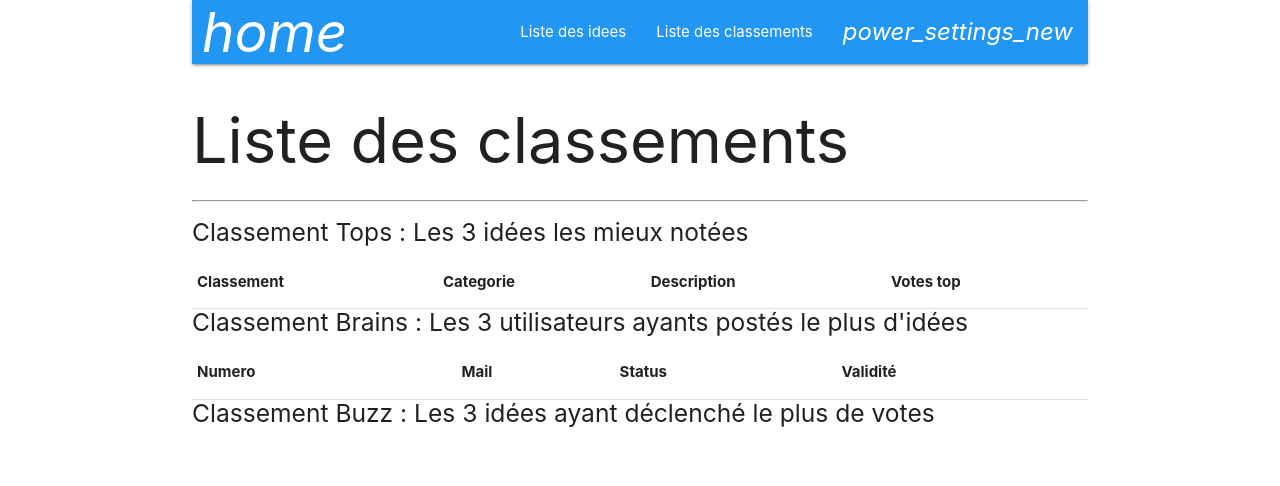
Repository: thdal/Atelier_JEE_16_02
Page: http://localhost/Atelier_JEE_16_02/WEB-INF/pages/classement/ListClassement.jsp
These files come from the project's save history. The page is drawn as it stood at one moment and after a run of saves; the edit follows.
The browser window is 1280 px wide. The pictures show the whole page.
The page is served by Tomcat 9. Nobody is signed in. The template is opened directly, without the code that normally fills it, so the values that code supplies are empty.

Above is the page before, as saved 2021-02-27 02:21:38.

After the next 2 saves:
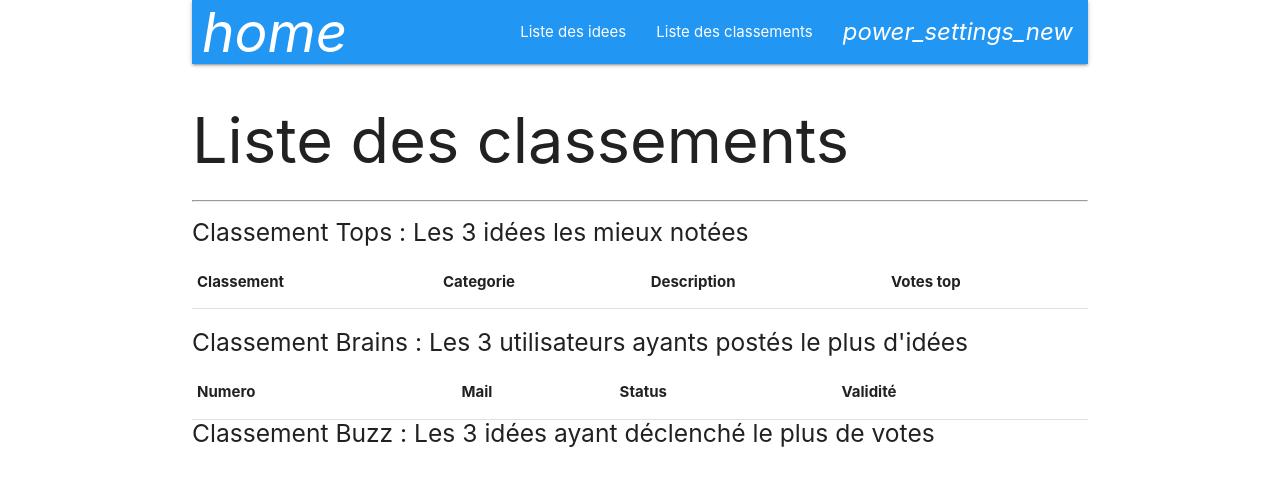
The 2 saves are shown as one change because they came seconds apart.
The last was saved 46 s later.
--- a/Atelier_JEE_16_02/src/main/webapp/WEB-INF/pages/classement/ListClassement.jsp
+++ b/Atelier_JEE_16_02/src/main/webapp/WEB-INF/pages/classement/ListClassement.jsp
@@ -14,7 +14,7 @@
 
 <h5>Classement Tops : Les 3 idées les mieux notées</h5>
 
-<table class="left">
+<table style="margin-bottom:20px;" class="left">
    <thead>
        <tr>
            <th>Classement</th>
